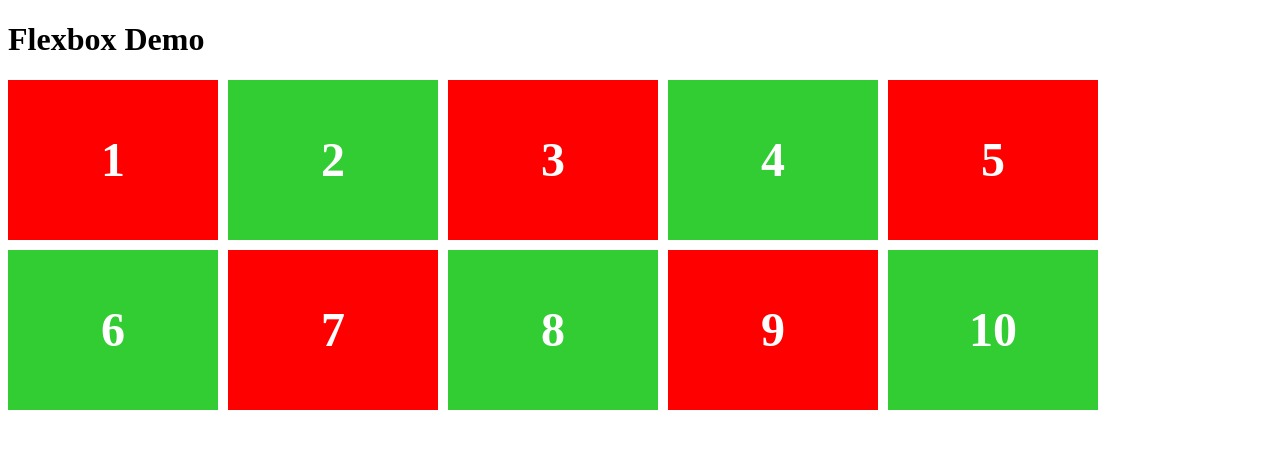
Repository: aniatot/CSS_KT
Page: 6 Flexbox Demo Project/index2.html
These files come from the project's save history. The page is drawn as it stood at one moment and after the next save; the edit follows.
The browser window is 1280 px wide. The pictures show the whole page.
Some web fonts or font styles are not loaded; a fallback is used.

Above is the page before, as saved 2023-10-19 02:18:23.

After the next save:
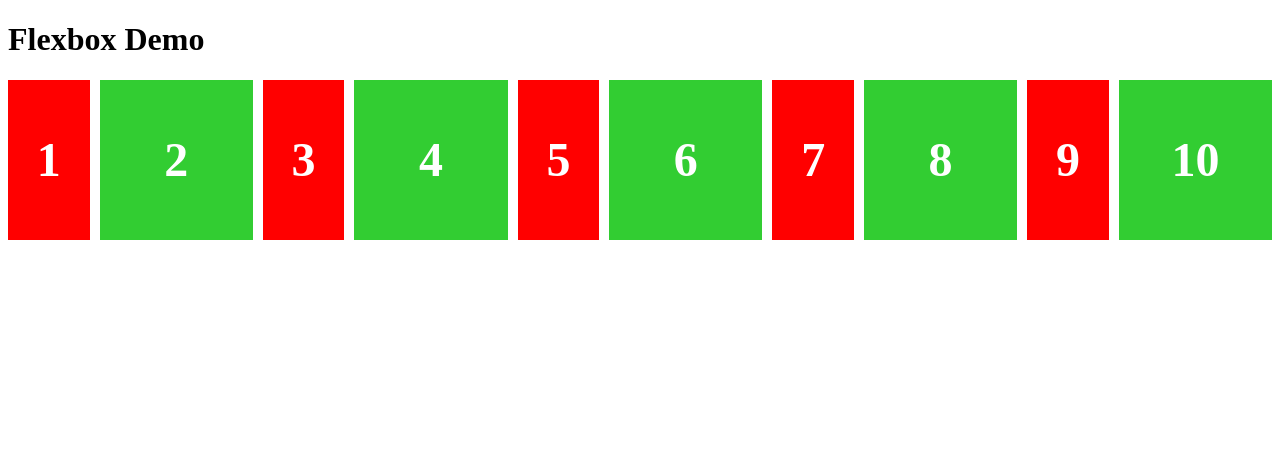
Saved 22 s later.
--- a/6 Flexbox Demo Project/index2.html
+++ b/6 Flexbox Demo Project/index2.html
@@ -34,10 +34,12 @@
 
 .flex-item:nth-child(odd) {
   background: red;
+  flex:1
 }
 
 .flex-item:nth-child(even) {
   background: limegreen;
+  flex: 2;
 }
   </style>
 </head>
